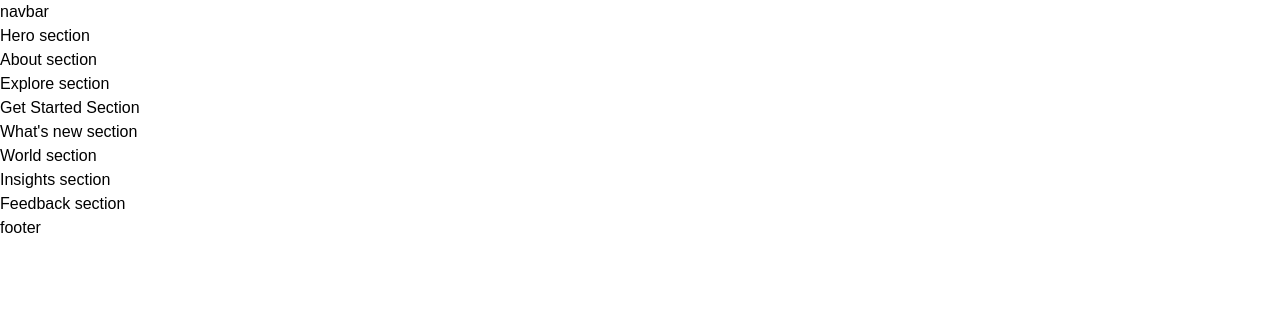
Repository: remydev47/metaoasis
Page: /
An editor plug-in stored every save of this project. The page is shown before and after a run of saves, followed by the edit.
The browser window is 1280 px wide. The pictures show the whole page.
Some web fonts or font styles are not loaded; a fallback is used. The project was rebuilt for these pictures with package versions that can differ from the ones it lists, and the page was loaded fresh each time. The framework's server and built-in components were replaced by stand-ins that run in the browser. Also part of the build but not shown: next.config.js, components/CustomTexts.jsx, components/ExploreCard.jsx, components/StartSteps.jsx, components/NewFeatures.jsx, components/InsightCard.jsx.

Above is the page before, as saved 2022-11-30 12:36:49.

### app/page.js
import { Footer, Navbar } from '../components';
import { About, Explore, Feedback, GetStarted, Hero, Insights, WhatsNew, World } from '../sections';

const Page = () => (
  <div>
    <Navbar/>
    <Hero />
    <About />
    <Explore />
    <GetStarted />
    <WhatsNew />
    <World />
    <Insights />
    <Feedback />
    <Footer />
  </div>
);

export default Page;

### components/Navbar.jsx
'use client';
import { motion } from "framer-motion";
import styles from '../styles'
import { navVariants } from '../utils/motion'

const Navbar = () => (
  <motion.nav
   variants={navVariants}
  >
    navbar
  </motion.nav>
);

export default Navbar;

### styles/index.js
const styles = {
  innerWidth: '2xl:max-w-[1280px] w-full',
  interWidth: 'lg:w-[80%] w-[100%]',

  paddings: 'sm:p-16 xs:p-8 px-6 py-12',
  yPaddings: 'sm:py-16 xs:py-8 py-12',
  xPaddings: 'sm:px-16 px-6',
  topPaddings: 'sm:pt-16 xs:pt-8 pt-12',
  bottomPaddings: 'sm:pb-16 xs:pb-8 pb-12',

  flexCenter: 'flex justify-center items-center',
  flexStart: 'flex justify-start items-start',
  flexEnd: 'flex justify-end',
  navPadding: 'pt-[98px]',

  // hero section
  heroHeading:
      'font-bold lg:text-[144px] md:text-[100px] sm:text-[60px] text-[44px] lg:leading-[158.4px] md:leading-[114.4px] sm:leading-[74.4px] leading-[64.4px] uppercase text-white',
  heroDText:
      'md:w-[212px] sm:w-[80px] w-[60px] md:h-[108px] sm:h-[48px] h-[38px] md:border-[18px] border-[9px] rounded-r-[50px] border-white sm:mx-2 mx-[6px]',
};

export default styles;

### utils/motion.js
export const navVariants = {
  hidden: {
    opacity: 0,
    y: -50,
    transition: {
      type: 'spring',
      stiffness: 300,
      damping: 140,
    },
  },
  show: {
    opacity: 1,
    y: 0,
    transition: {
      type: 'spring',
      stiffness: 80,
      delay: 1,
    },
  },
};

export const slideIn = (direction, type, delay, duration) => ({
  hidden: {
    x: direction === 'left' ? '-100%' : direction === 'right' ? '100%' : 0,
    y: direction === 'up' ? '100%' : direction === 'down' ? '100%' : 0,
  },
  show: {
    x: 0,
    y: 0,
    transition: {
      type,
      delay,
      duration,
      ease: 'easeOut',
    },
  },
});

export const staggerContainer = (staggerChildren, delayChildren) => ({
  hidden: {},
  show: {
    transition: {
      staggerChildren,
      delayChildren,
    },
  },
});

export const textVariant = (delay) => ({
  hidden: {
    y: 50,
    opacity: 0,
  },
  show: {
    y: 0,
    opacity: 1,
    transition: {
      type: 'spring',
      duration: 1.25,
      delay,
    },
  },
});

export const textContainer = {
  hidden: {
    opacity: 0,
  },
  show: (i = 1) => ({
    opacity: 1,
    transition: { staggerChildren: 0.1, delayChildren: i * 0.1 },
  }),
};

export const textVariant2 = {
  hidden: {
    opacity: 0,
    y: 20,
  },
  show: {
    opacity: 1,
    y: 0,
    transition: {
      type: 'tween',
      ease: 'easeIn',
    },
  },
};

export const fadeIn = (direction, type, delay, duration) => ({
  hidden: {
    x: direction === 'left' ? 100 : direction === 'right' ? -100 : 0,
    y: direction === 'up' ? 100 : direction === 'down' ? -100 : 0,
    opacity: 0,
  },
  show: {
    x: 0,
    y: 0,
    opacity: 1,
    transition: {
      type,
      delay,
      duration,
      ease: 'easeOut',
    },
  },
});

export const planetVariants = (direction) => ({
  hidden: {
    x: direction === 'left' ? '-100%' : '100%',
    rotate: 120,
  },
  show: {
    x: 0,
    rotate: 0,
    transition: {
      type: 'spring',
      duration: 1.8,
      delay: 0.5,
    },
  },
});

export const zoomIn = (delay, duration) => ({
  hidden: {
    scale: 0,
    opacity: 0,
  },
  show: {
    scale: 1,
    opacity: 1,
    transition: {
      type: 'tween',
      delay,
      duration,
      ease: 'easeOut',
    },
  },
});

export const footerVariants = {
  hidden: {
    opacity: 0,
    y: 50,
    transition: {
      type: 'spring',
      stiffness: 300,
      damping: 140,
    },
  },
  show: {
    opacity: 1,
    y: 0,
    transition: {
      type: 'spring',
      stiffness: 80,
      delay: 0.5,
    },
  },
};

Loaded but not shown: app/layout.js (common file); styles/globals.css (common file); components/index.js (common file); sections/index.js (common file); components/Footer.jsx (common file); sections/Hero.jsx (common file); sections/About.jsx (common file); sections/Explore.jsx (common file); sections/GetStarted.jsx (common file); sections/WhatsNew.jsx (common file); sections/World.jsx (common file); sections/Insights.jsx (common file); sections/Feedback.jsx (common file); tailwind.config.js (common file)

After the next 2 saves:
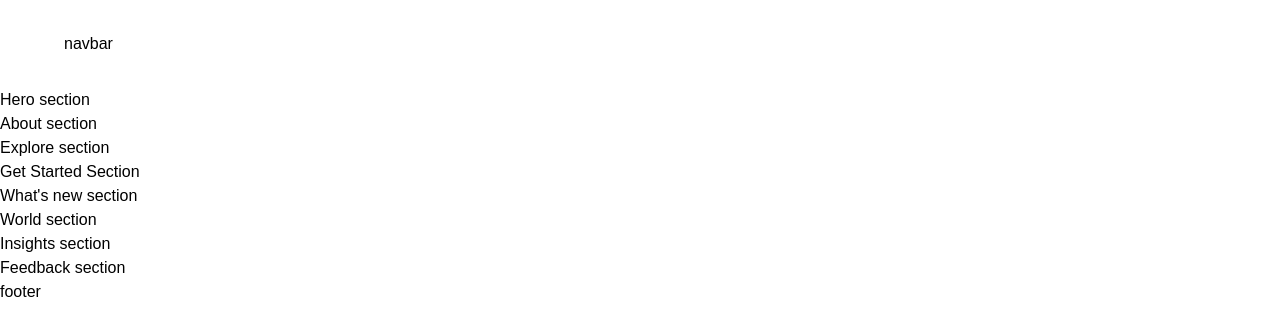
The 2 saves are shown as one change because 1 did not build or start.
The last was saved 3 min 57 s later.
--- a/components/Navbar.jsx
+++ b/components/Navbar.jsx
@@ -6,6 +6,9 @@ import { navVariants } from '../utils/motion'
 const Navbar = () => (
   <motion.nav
    variants={navVariants}
+   initial="hidden"
+   whileInView="show"
+   className={`${styles.xPaddings} py-8 relative`}
   >
     navbar
   </motion.nav>
